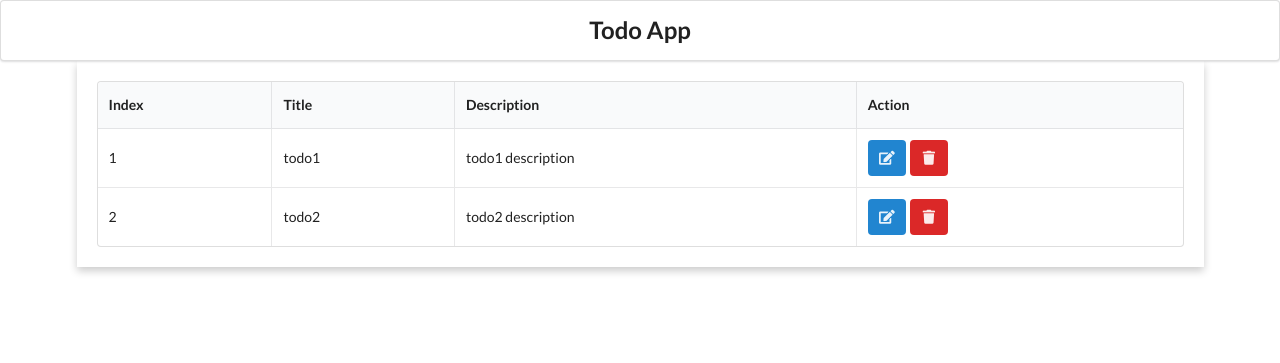
Repository: Wahid137/todo-app
Page: /
The author's editor kept a copy of each file at every save. The page is drawn from the files as they stood at one save, then again after the next save.
The browser window is 1280 px wide. The pictures show the whole page.
The project was rebuilt for these pictures with package versions that can differ from the ones it lists, and the page was loaded fresh each time. Also part of the build but not shown: src/App.css, src/index.css.

Above is the page before, as saved 2024-05-03 10:15:40.

### src/index.js
import React from 'react';
import ReactDOM from 'react-dom/client';
import 'semantic-ui-css/semantic.min.css';
import App from './App';
import './index.css';
import reportWebVitals from './reportWebVitals';

const root = ReactDOM.createRoot(document.getElementById('root'));
root.render(
  <React.StrictMode>
    <App />
  </React.StrictMode>
);

// If you want to start measuring performance in your app, pass a function
// to log results (for example: reportWebVitals(console.log))
// or send to an analytics endpoint. Learn more: https://bit.ly/CRA-vitals
reportWebVitals();

### src/App.js
import './App.css';
import TodoListPage from './components/TodoListPage';

function App() {
  return (
    <TodoListPage />
  );
}

export default App;

### src/components/TodoListPage.js
import React, { useState } from 'react';
import { Button, Container, Icon, Segment, Table } from 'semantic-ui-react';

const TodoListPage = () => {
    const initialTodos = [
        { id: 1, title: "todo1", description: "todo1 description" },
        { id: 2, title: "todo2", description: "todo2 description" }
    ];

    const [todos, setTodos] = useState(initialTodos);

    const handleDelete = (id) => {
        setTodos(todos.filter(todo => todo.id !== id));
    };

    return (
        <div>
            <Segment style={{ marginTop: '20px', margin: 'auto' }}>
                <h2 style={{ textAlign: 'center' }}>Todo App</h2>
            </Segment>
            <Container style={{ boxShadow: '0 4px 8px 0 rgba(0, 0, 0, 0.2)', padding: '20px' }}>
                <div>
                    <Table celled>
                        <Table.Header>
                            <Table.Row>
                                <Table.HeaderCell>Index</Table.HeaderCell>
                                <Table.HeaderCell>Title</Table.HeaderCell>
                                <Table.HeaderCell>Description</Table.HeaderCell>
                                <Table.HeaderCell>Action</Table.HeaderCell>
                            </Table.Row>
                        </Table.Header>

                        <Table.Body>
                            {todos.map((todo, index) => (
                                <Table.Row key={todo.id}>
                                    <Table.Cell>{index + 1}</Table.Cell>
                                    <Table.Cell>{todo.title}</Table.Cell>
                                    <Table.Cell>{todo.description}</Table.Cell>
                                    <Table.Cell>
                                        <Button icon color='blue'>
                                            <Icon name='edit' />
                                        </Button>
                                        <Button icon color='red' onClick={() => handleDelete(todo.id)}>
                                            <Icon name='trash' />
                                        </Button>
                                    </Table.Cell>
                                </Table.Row>
                            ))}
                        </Table.Body>
                    </Table>
                </div>
            </Container>
        </div>
    );
};

export default TodoListPage;

Loaded but not shown: public/index.html (common file); src/reportWebVitals.js (common file)

After the next save:
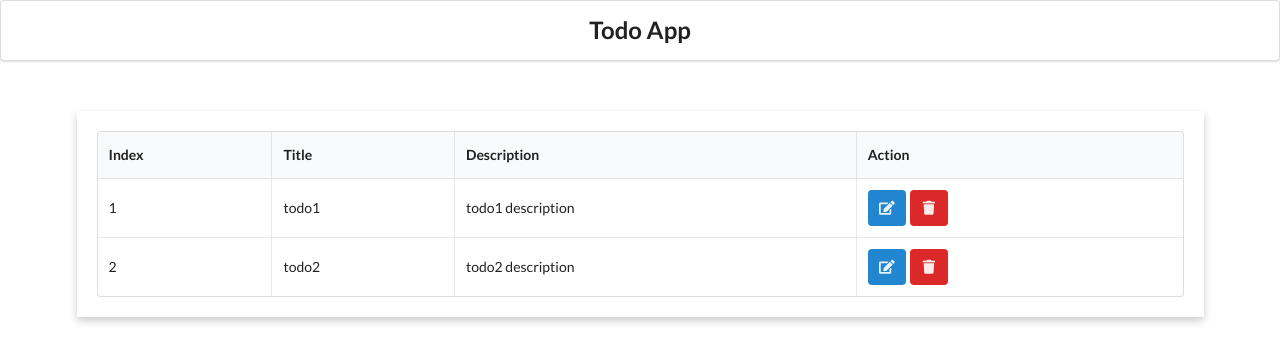
Saved 35 s later.
--- a/src/components/TodoListPage.js
+++ b/src/components/TodoListPage.js
@@ -18,7 +18,7 @@ const TodoListPage = () => {
             <Segment style={{ marginTop: '20px', margin: 'auto' }}>
                 <h2 style={{ textAlign: 'center' }}>Todo App</h2>
             </Segment>
-            <Container style={{ boxShadow: '0 4px 8px 0 rgba(0, 0, 0, 0.2)', padding: '20px' }}>
+            <Container style={{ boxShadow: '0 4px 8px 0 rgba(0, 0, 0, 0.2)', padding: '20px', marginTop: '50px' }}>
                 <div>
                     <Table celled>
                         <Table.Header>
